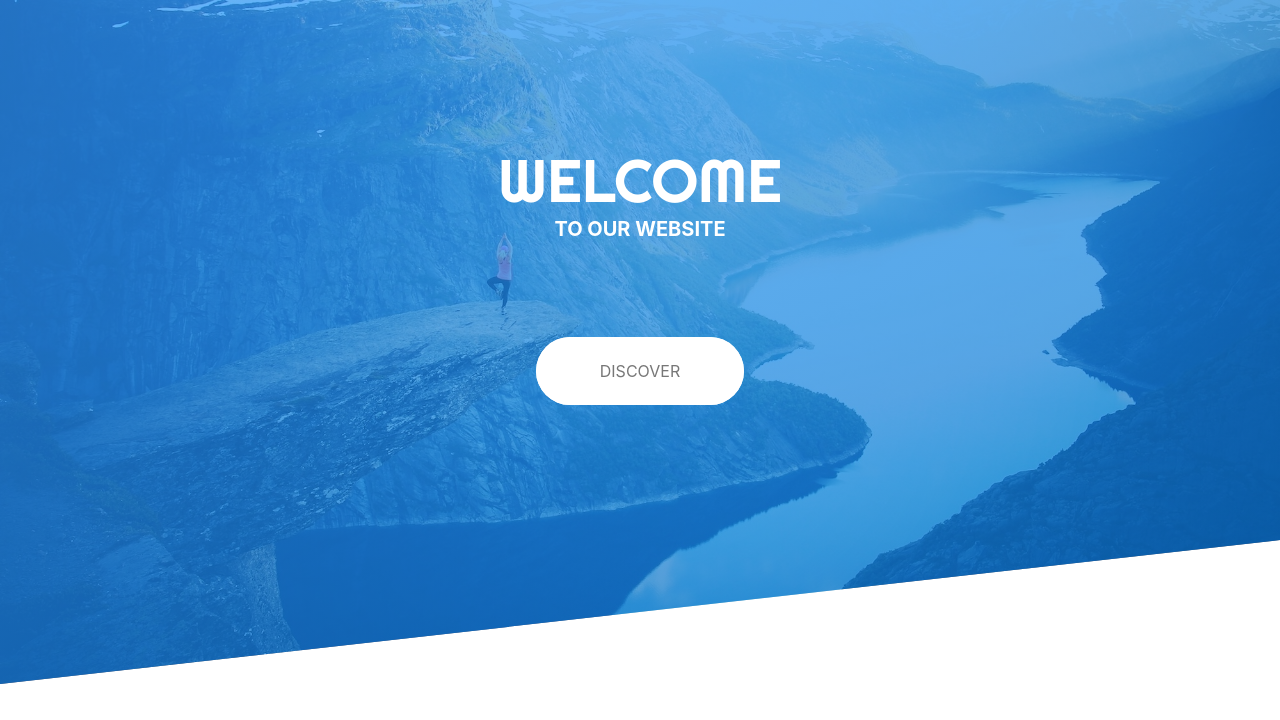
Repository: IbrahimAlkordi/codeChall-Advanced
Page: /
These files come from the project's save history. The page is drawn as it stood at one moment and after the next save; the edit follows.
The browser window is 1280 px wide. The pictures show the whole page.
The project was rebuilt for these pictures with package versions that can differ from the ones it lists, and the page was loaded fresh each time. Also part of the build but not shown: src/components/ErrorBoundary.js, src/components/UI/atoms/LoadingSpinner/LoadingSpinner.module.css, src/components/UI/atoms/LoadingSpinner/LoadingSpinner.js, src/redux/constants/action-type.js, src/middlewares/url.js, src/redux/actions/loginActions.js, src/components/UI/organisms/Login/Login.js, src/components/pages/LoginPa.js and 8 more.

Above is the page before, as saved 2022-10-09 14:17:31.

### public/index.html
<!DOCTYPE html>
<html lang="en">
  <head>
    <meta charset="utf-8" />
    <link rel="icon" href="%PUBLIC_URL%/favicon.ico" />
    <meta name="viewport" content="width=device-width, initial-scale=1" />
    <meta name="theme-color" content="#000000" />
    <meta
      name="description"
      content="Web site created using create-react-app"
    />
    <link rel="apple-touch-icon" href="%PUBLIC_URL%/logo192.png" />
    <!--
      manifest.json provides metadata used when your web app is installed on a
      user's mobile device or desktop. See https://developers.google.com/web/fundamentals/web-app-manifest/
    -->
    <link rel="manifest" href="%PUBLIC_URL%/manifest.json" />
    <!--
      Notice the use of %PUBLIC_URL% in the tags above.
      It will be replaced with the URL of the `public` folder during the build.
      Only files inside the `public` folder can be referenced from the HTML.

      Unlike "/favicon.ico" or "favicon.ico", "%PUBLIC_URL%/favicon.ico" will
      work correctly both with client-side routing and a non-root public URL.
      Learn how to configure a non-root public URL by running `npm run build`.
    -->
    <link href="https://fonts.googleapis.com/css?family=Lato:100,300,400,700,900" rel="stylesheet">
    <title>React App</title>
  </head>
  <body>
    <noscript>You need to enable JavaScript to run this app.</noscript>
    <div id="root"></div>
    <!--
      This HTML file is a template.
      If you open it directly in the browser, you will see an empty page.

      You can add webfonts, meta tags, or analytics to this file.
      The build step will place the bundled scripts into the <body> tag.

      To begin the development, run `npm start` or `yarn start`.
      To create a production bundle, use `npm run build` or `yarn build`.
    -->
  </body>
</html>

### src/index.css
body {
  margin: 0;
  font-family: -apple-system, BlinkMacSystemFont, 'Segoe UI', 'Roboto', 'Oxygen',
    'Ubuntu', 'Cantarell', 'Fira Sans', 'Droid Sans', 'Helvetica Neue',
    sans-serif,"lato";
  -webkit-font-smoothing: antialiased;
  -moz-osx-font-smoothing: grayscale;
}

code {
  font-family: source-code-pro, Menlo, Monaco, Consolas, 'Courier New',
    monospace;
}

### src/App.js
import { BrowserRouter, Route, Switch } from "react-router-dom";
import ErrorBoundary from '../src/components/ErrorBoundary'
import LoginPa from "./components/pages/LoginPa";
import WelcomePa from "./components/pages/WelcomePa";
import DashboardPa from "./components/pages/DashboardPa";
import 'moment-timezone';

const App = () => {
  return (
    <>
    <ErrorBoundary>
      <BrowserRouter>
        <Switch>
          <Route exact path="/" component={WelcomePa} />
          <Route exact path="/login" component={LoginPa} />
          <Route exact path="/dashboard" component={DashboardPa} />
        </Switch>
      </BrowserRouter>
      </ErrorBoundary>
    </>
  );
};

export default App;

### src/components/pages/WelcomePa.js
import React from 'react'
import Welcome from '../UI/organisms/Welcome/Welcome'

function WelcomePa() {
  return (
    <Welcome></Welcome>
  )
}

export default WelcomePa

### src/components/UI/organisms/Welcome/Welcome.js
import React from "react";
import classes from "./Welcome.module.scss";
import { useTranslation } from "react-i18next";
import { Link } from "react-router-dom";
import Translate from "../../molecules/Translate/Translate";

function Welcome() {
  const [t] = useTranslation();
  return (
    <header className={classes.header}>

      <Translate></Translate>


      <div className={classes.header_text_box}>
        <h1 className={classes.heading_primary}>
          <span className={classes.heading_primary_main}>{t("welcome")}</span>
          <span className={classes.heading_primary_sub}>
            {t("to our website")}
          </span>
        </h1>

        <Link
          to="/Login"
          className={`${classes.btn}  ${classes.btn_white} ${classes.btn_animated} `}
        >
          {t("discover")}
        </Link>
      </div>
    </header>
  );
}

export default Welcome;

### src/components/UI/organisms/Login/Login.module.scss
@import url("https://fonts.googleapis.com/css2?family=Righteous&display=swap");
$color-tertiary-light: #2998ff;
$color-tertiary-dark: #0074d3;

* {
  margin: 0;
  padding: 0;
  box-sizing: border-box;
}
.translate {
  display: block;
  // width: 40px;
  // height: 30px;
  list-style: none;

  &_btn {
    width: 40px;
    height: 30px;
    margin: 10px;
    background: #001324dc;
    color: #fff;
    border: none;
    border-radius: 5px;
    font-size: 20px;
    font-weight: bold;
    cursor: pointer;
  }
  // background-color: transparent;
  // transform: translateY(-215px) translateX(140px);
}

.container {
  background: #ffffff;
  height: 100vh;
  display: flex;
  align-items: center;
  justify-content: center;

  &_login {
    width: 500px;
    min-height: 450px;
    border-radius: 3px;
    box-shadow: 3px 3px 5px #001324dc;

    background-image: linear-gradient(
        to right bottom,
        rgba($color-tertiary-light, 0.5),
        rgba($color-tertiary-dark, 0.5)
      ),
      url(../../../../assets/images/hero.jpg);
    background-size: auto;
    background-position: bottom;
  }

  &_form {
    padding: 20px 50px;

    &_h2 {
      text-align: center;
      font-family: "Righteous", cursive;
      font-size: 45px;
      font-weight: 500;
      margin: 25px;
      color: #fff;
    }
    &_textField {
      width: 100%;
      margin: 12px 10px;
    }
    &_textField input {
      font-size: 20px;
      margin: 12px 10px;
    }
    &_textField svg {
      font-size: 25px;
    }
    &_error_msg {
      color: #ff0000e0;
      font-size: 17px;
      font-weight: 700;
      margin: 0px;
      padding: 0px;
      text-align: center;
    }
    &_button {
      background: #001324dc;
      width: 100%;
      line-height: 35px;
      margin: 20px 9px;
      color: white;
      font-size: 20px;
      font-weight: bold;
      padding: 5px;
      border: none;
      border-radius: 5px;
      cursor: pointer;
    }
    &_disabledbtn {
      cursor: not-allowed;
      background: rgba(gray, 0.8);
      width: 100%;
      line-height: 35px;
      margin: 20px 9px;
      color: white;
      font-size: 20px;
      font-weight: bold;
      padding: 5px;
      border: none;
      border-radius: 5px;
    }
    &_loadingSpin {
      margin-left: 150px;
    }
    &_alert {
      margin-left: 60px;
      color: red;
      font-weight: bold;
      font-size: 17px;
    }
    &_h3 {
      text-align: center;
      margin-top: 15px;
      &_signup {
        color: #ffffffde;
        cursor: pointer;
        margin-left: 5px;
      }
    }
  }
}

### src/components/UI/organisms/Welcome/Welcome.module.scss
@import url("https://fonts.googleapis.com/css2?family=Righteous&display=swap");

//COLORS
$color-gray-dark :#777;
$color-white : #fff;
$color-black : #000;
$color-gray-light-1 :#f7f7f7;
$color-tertiary-light : #2998ff;
$color-tertiary-dark : #0074d3;

@mixin clearfix {
    &::after {
      content: "";
      clear: both;
      display: table;
    }
  }

.header {
  height: 95vh;
  background-image: linear-gradient(
      to right bottom,
      rgba($color-tertiary-light, 0.7),
      rgba($color-tertiary-dark, 0.7)
    ),
    url(../../../../assets/images/hero.jpg);
  background-size: cover;
  background-position: top;
  clip-path: polygon(
    0 0,
    100% 0,
    100% 75vh,
    0 100%
  );
   position: relative;

  &_text_box {
    position: absolute;
    top: 40%;
    left: 50%;
    transform: translate(-50%, -50%);
    text-align: center;
  }

}

.heading_primary {
  color: $color-white;
  text-transform: uppercase;
  backface-visibility: hidden;
  margin-bottom: 6rem;

  &_main {
    display: block;
    font-family: "Righteous", cursive;

    font-size: 60px;
    font-weight: 400;
    animation-name: moveInLeft;
    animation-duration: 1s;
    animation-timing-function: ease-out;
  }

  &_sub {
    display: block;
    font-size: 20px;
    font-weight: 700;
    animation-name: moveInRight;
    animation-duration: 1s;
    animation-timing-function: ease-out;
  }
}

.btn {
  &:link,
  &:visited {
    text-transform: uppercase;
    text-decoration: none;
    padding: 1.5rem 4rem;
    display: inline-block;
    border-radius: 10rem;
    transition: all 0.2s;
    position: relative;
    font-size: 16px;
  }

  &:hover {
    transform: translateY(-0.3rem);
    box-shadow: 0 1rem 2rem rgba($color-black, 0.5); /*x y blur */
    &::after {
      transform: scaleX(1.4) scaleY(1.6);
      opacity: 0;
    }
  }

  &:active {
    transform: translateY(-0.1rem);
    box-shadow: 0 0.5rem 1rem rgba($color-black, 0.5); /*x y blur */
  }

  &_white {
    background-color: $color-white;
    color: $color-gray-dark;
    &::after {
      background-color: $color-white;
    }
  }

  &::after {
    content: "";
    display: inline-block;
    height: 100%;
    width: 100%;
    border-radius: 10rem;
    position: absolute;
    top: 0;
    left: 0;
    z-index: -1;
    transition: all 0.4s;
  }

  &_animated {
    animation: moveInBottom   0.5s ease-out 0.75s;
    animation-fill-mode: backwards;
  }
}

@keyframes moveInLeft {
    0% {
      opacity: 0; /*starts hidden*/
      transform: translateX(-10rem); /* x left to right */
    }

    80% {
      transform: translateX(1rem); /*it will go to the right side*/
    }

    100% {
      opacity: 1;
      transform: translate(0);
    }
  }

  @keyframes moveInRight {
    0% {
      opacity: 0; /*starts hidden*/
      transform: translateX(10rem); /* x left to right */
    }

    80% {
      transform: translateX(-1rem);
    }

    100% {
      opacity: 1;
      transform: translate(0);
    }
  }

  @keyframes moveInBottom {
    0% {
      opacity: 0; /*starts hidden*/
      transform: translateY(3rem); /* x left to right */
    }

    100% {
      opacity: 1;
      transform: translate(0);
    }
  }

### src/components/UI/molecules/Translate/Translate.js
import React from 'react';
import classes from './Translate.module.scss';
import { useTranslation } from "react-i18next";


function Translate() {
    const [t, i18n] = useTranslation();
  return (
    <ul className={classes.translate}>
    <li>
      {i18n.language === "en" && (
        <button
        className={classes.translate_btn}
          onClick={() => {
            i18n.changeLanguage("ar");
          }}
        >
          ar
        </button>
      )}
      {i18n.language === "ar" && (
        <button
        className={classes.translate_btn}
          onClick={() => {
            i18n.changeLanguage("en");
          }}
        >
          en
        </button>
      )}
    </li>
  </ul>
  )
}

export default Translate

### src/components/UI/molecules/Translate/Translate.module.scss
.translate {
    display: block;
    list-style: none;

    &_btn {
      width: 40px;
      height: 40px;
      margin: 10px;
      background: #001324dc;
      color: #fff;
      border: none;
      border-radius: 5px;
      font-size: 20px;
      font-weight: bold;
      cursor: pointer;
    }

  }

Loaded but not shown: src/index.js (common file); src/reportWebVitals.js (common file)

After the next save:
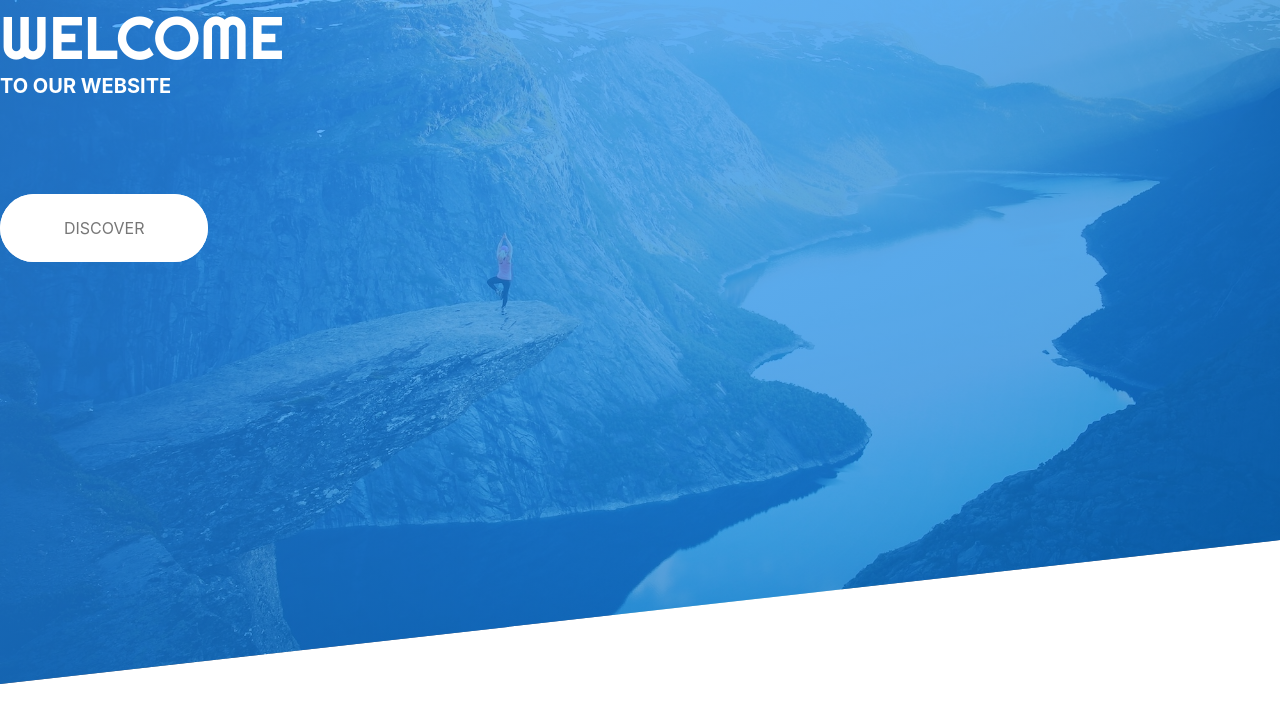
Saved 5 min 3 s later.
--- a/src/components/UI/organisms/Welcome/Welcome.js
+++ b/src/components/UI/organisms/Welcome/Welcome.js
@@ -8,11 +8,10 @@ function Welcome() {
   const [t] = useTranslation();
   return (
     <header className={classes.header}>
-
       <Translate></Translate>
 
+      <div className={classes.header_title}>
 
-      <div className={classes.header_text_box}>
         <h1 className={classes.heading_primary}>
           <span className={classes.heading_primary_main}>{t("welcome")}</span>
           <span className={classes.heading_primary_sub}>
@@ -26,7 +25,9 @@ function Welcome() {
         >
           {t("discover")}
         </Link>
+
       </div>
+
     </header>
   );
 }

After the save that followed:
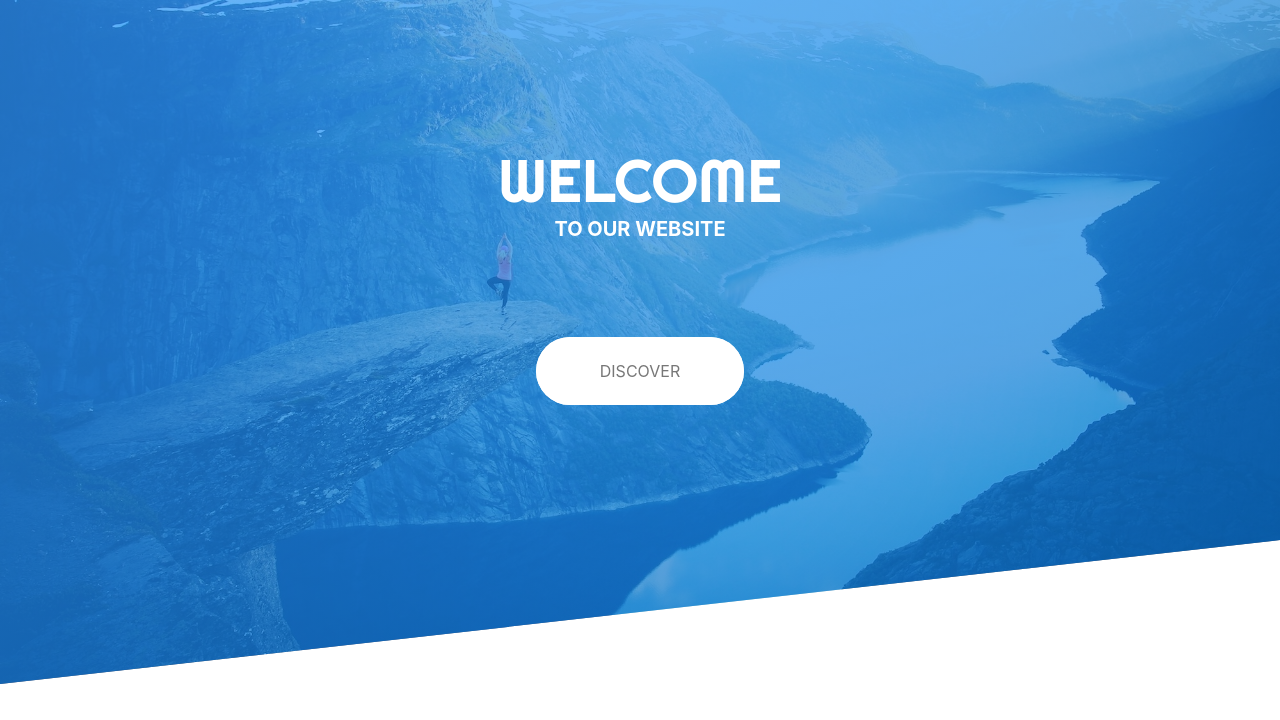
Saved 22 s later.
--- a/src/components/UI/organisms/Welcome/Welcome.module.scss
+++ b/src/components/UI/organisms/Welcome/Welcome.module.scss
@@ -34,7 +34,7 @@ $color-tertiary-dark : #0074d3;
   );
    position: relative;
 
-  &_text_box {
+  &_title {
     position: absolute;
     top: 40%;
     left: 50%;
